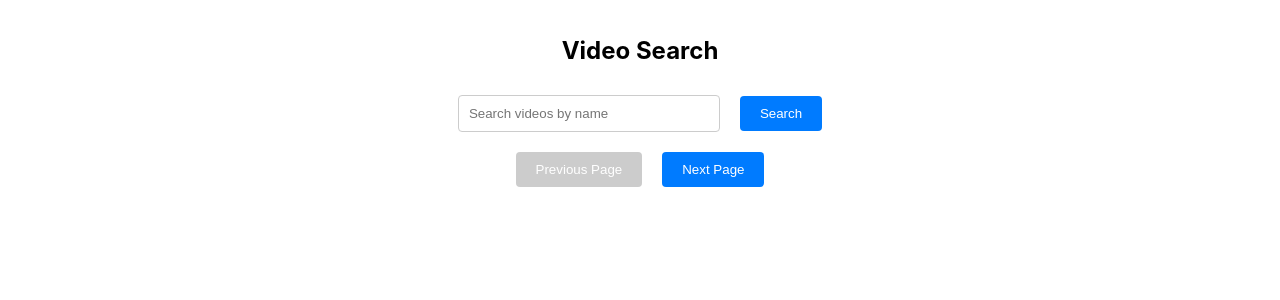
Repository: LolaSL/video-search
Page: /
These files come from the project's save history. The page is drawn as it stood at one moment and after the next save; the edit follows.
The browser window is 1280 px wide. The pictures show the whole page.
The project was rebuilt for these pictures with package versions that can differ from the ones it lists, and the page was loaded fresh each time.

Above is the page before, as saved 2023-08-12 13:13:09.

### src/App.js
import React from 'react';
import './App.css';
import VideoSearch from './VideoSearch';

function App() {
  return (
    <div className="App container">
      <VideoSearch />
    </div>
  );
}

export default App;

### src/App.css
.App {
  text-align: center;
}

.container {
  max-width: 800px;
  margin: 0 auto;
  padding: 20px;
}

h1 {
  font-size: 24px;
  margin-bottom: 20px;
}

input[type="text"] {
  padding: 10px;
  width:30%;
  margin: 10px;
  border: 1px solid #ccc;
  border-radius: 4px;
}

button {
  margin: 10px;
  padding: 10px 20px;
  background-color: #007bff;
  color: #fff;
  border: none;
  border-radius: 4px;
  cursor: pointer;
}

button:disabled {
  background-color: #ccc;
  cursor: not-allowed;
}

iframe {
  width: 100%;
  height: 415px;
  border: none;
  margin-top: 15px;
}

.video-item {
  margin: 20px 0;
  padding: 20px;
  border: 1px solid #ccc;
  border-radius: 4px;
}

.video-title {
  font-size: 18px;
  margin-bottom: 10px;
}

.pagination {
  margin-top: 20px;
}

.pagination button {
  margin-right: 10px;
}

@media screen and (max-width: 768px) {

  .container {
    padding: 10px;
    margin: 30px;
  }

  input[type="text"] {
    width:80%;
    margin: 20px;
    margin-bottom: 10px;
  }

  button {
    width: 30%;
    margin-bottom: 10px;
  }

  .video-item {
    padding: 10px;
    margin: 10px 20px;
  }

  .pagination {
    text-align: center;
  }
}

### src/VideoSearch.jsx
import React, { useState } from 'react';
import axios from 'axios';

const API_KEY = 'AIzaSyAZw_7fp6hzKHZ_UNfC9jRiNJBWZQnTOmM';
const CHANNEL_ID = 'CSgDjZ_Vv8g';
const RESULTS_PER_PAGE = 10;


const VideoSearch = () => {
    const [videos, setVideos] = useState([]);
    const [searchTerm, setSearchTerm] = useState('');
    const [currentPage, setCurrentPage] = useState(1);

    const searchVideos = async () => {
      try {
        const response = await axios.get(
          `https://www.googleapis.com/youtube/v3/search?key=${API_KEY}&channelId=${CHANNEL_ID}&part=snippet,id&type=video&q=${searchTerm}&maxResults=${RESULTS_PER_PAGE}&pageToken=${currentPage > 1 ? videos.length : ''}`
        );

        setVideos(response.data.items);
      } catch (error) {
        console.error('Error fetching videos:', error);
      }
    };

    const handlePageChange = (newPage) => {
      setCurrentPage(newPage);
      searchVideos();
    };

    return (
      <div>
        <h1>Video Search</h1>
        <input
          type="text"
          placeholder="Search videos by name"
          value={searchTerm}
          onChange={(e) => setSearchTerm(e.target.value)}
        />
        <button onClick={() => handlePageChange(1)}>Search</button>

        <div>
          {videos.map((video) => (
            <div key={video.id.videoId}>
              <h2>{video.snippet.title}</h2>
              <iframe
                title={video.snippet.title}
                width="560"
                height="415"
                src={`https://www.youtube.com/embed/${video.id.videoId}`}
                // frameBorder="0"
                allowFullScreen
              ></iframe>
            </div>
          ))}
        </div>

        <div>
          <button
            onClick={() => handlePageChange(currentPage - 1)}
            disabled={currentPage === 1}
          >
            Previous Page
          </button>
          <button onClick={() => handlePageChange(currentPage + 1)}>Next Page</button>
        </div>
      </div>
    );
  };

  export default VideoSearch;

Loaded but not shown: public/index.html (common file); src/index.js (common file); src/index.css (common file); src/reportWebVitals.js (common file)

After the next save:
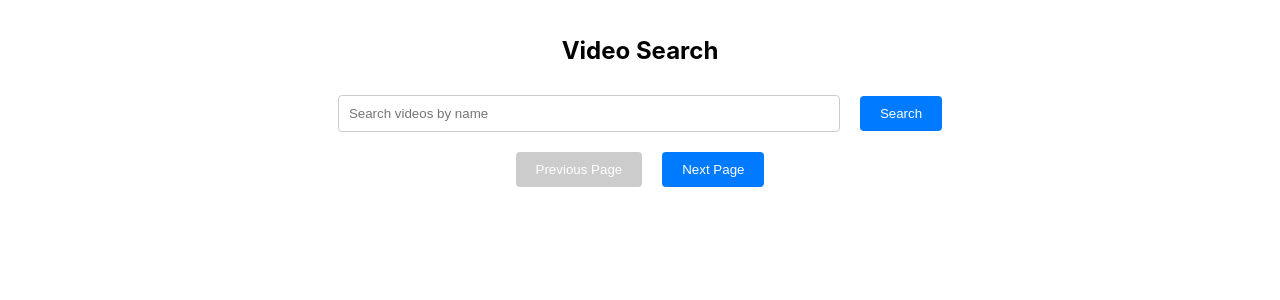
Saved 21 s later.
--- a/src/App.css
+++ b/src/App.css
@@ -15,7 +15,7 @@ h1 {
 
 input[type="text"] {
   padding: 10px;
-  width:30%;
+  width:60%;
   margin: 10px;
   border: 1px solid #ccc;
   border-radius: 4px;
